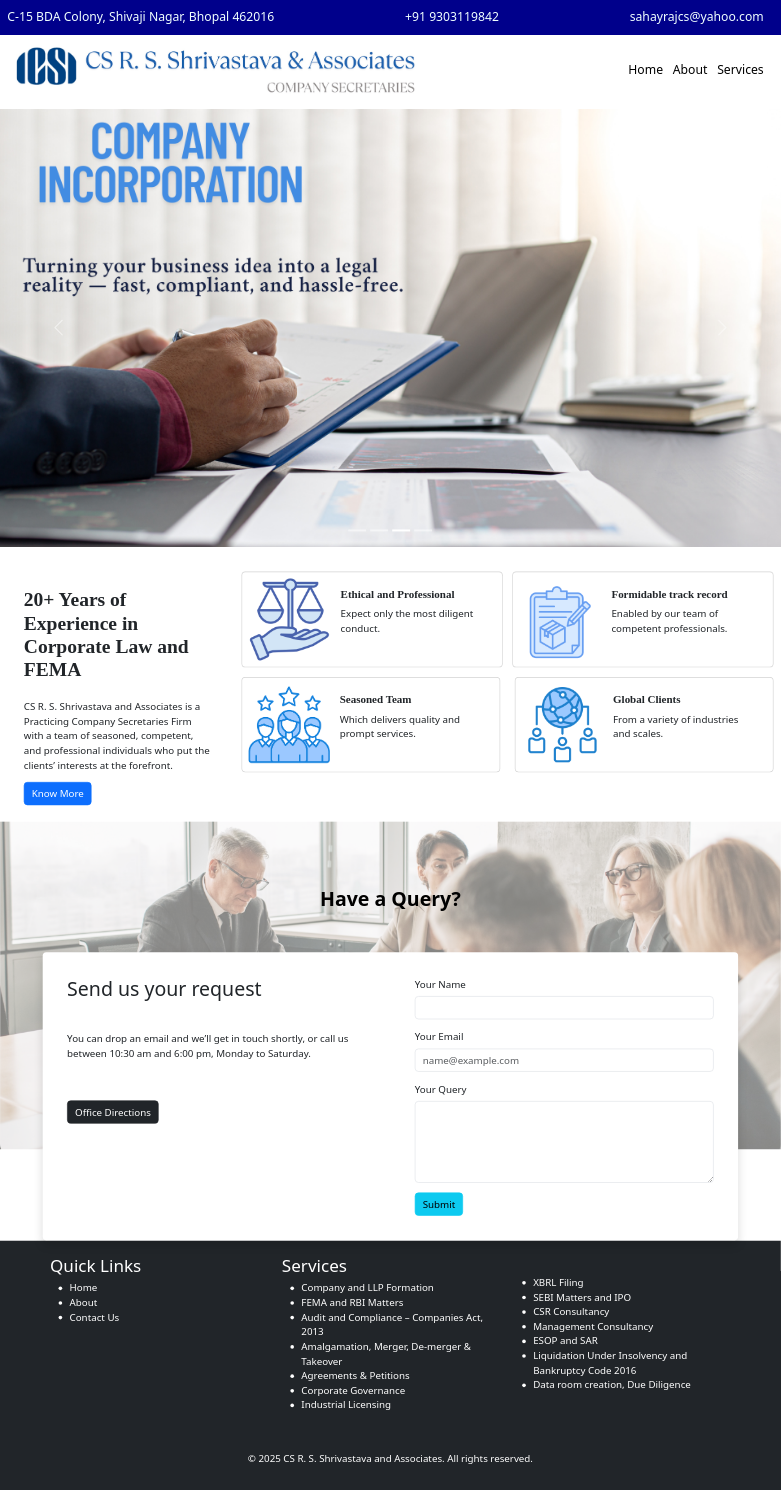
Repository: aayushiss/CS-RSS
Page: index.html
An editor plug-in stored every save of this project. The page is shown before and after the next save, followed by the edit.
The browser window is 1280 px wide. The pictures show the whole page, at 61% of full size.

Above is the page before, as saved 2025-05-19 18:55:06.

After the next save:
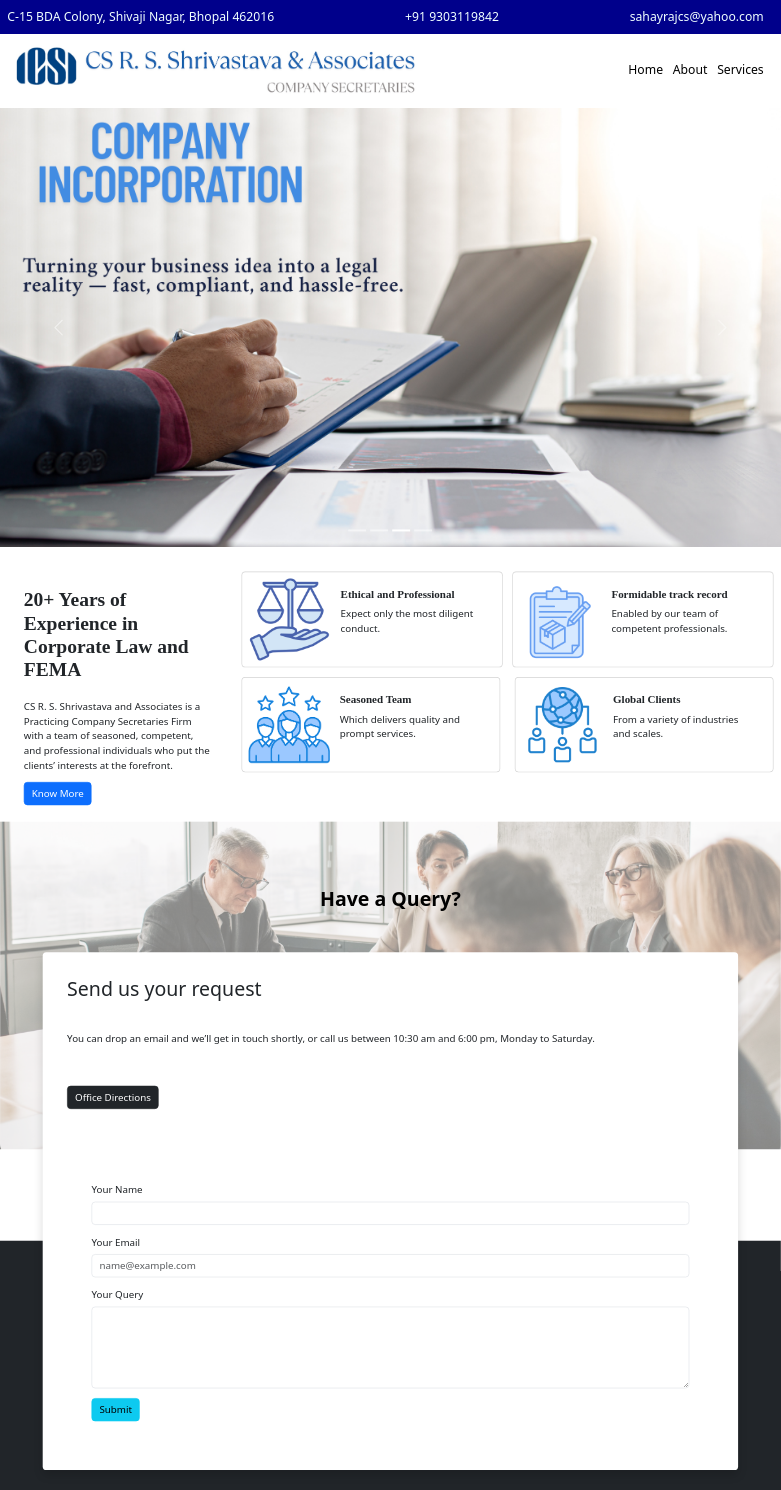
Saved 8 min 20 s later.
--- a/index.html
+++ b/index.html
@@ -27,16 +27,16 @@
       <a class="navbar-brand" href="index.html">
         <img src="images/icsi logo.jpg" alt="Logo" height="100rem" class="d-inline-block align-text-top">
       </a>
-    <!-- </div> -->
-    <div class="d-flex">
-      <a class="navbar-brand" href="index.html">Home</a>
-      <a class="navbar-brand" href="about.html">About</a>
-      <a class="navbar-brand" href="services.html">Services</a>
-    </div>
+      <!-- </div> -->
+      <div class="d-flex">
+        <a class="navbar-brand" href="index.html">Home</a>
+        <a class="navbar-brand" href="about.html">About</a>
+        <a class="navbar-brand" href="services.html">Services</a>
+      </div>
   </nav>
 
-  <div id="carouselExampleCaptions" class="carousel slide" data-bs-ride="carousel" data-bs-interval="2000" data-bs-pause="false"
-  >
+  <div id="carouselExampleCaptions" class="carousel slide" data-bs-ride="carousel" data-bs-interval="2000"
+    data-bs-pause="false">
     <div class="carousel-indicators">
       <button type="button" data-bs-target="#carouselExampleCaptions" data-bs-slide-to="0" class="active"
         aria-current="true" aria-label="Slide 1"></button>
@@ -179,22 +179,23 @@
               style="color: white; text-decoration: none; padding-top: 20px;" target="_blank">Office Directions</a>
           </div>
         </div>
-        <div class="col" style="padding: 40px;" id="form">
-          <div class="mb-3">
-            <label for="formControlInput1" class="form-label">Your Name</label>
-            <input class="form-control" id="ƒormControlInput1">
-          </div>
-          <div class="mb-3">
-            <label for="formControlTextarea1" class="form-label">Your Email</label>
-            <input type="email" class="form-control" id="formControlInput1" placeholder="name@example.com">
-          </div>
-          <div class="mb-3">
-            <label for="formControlTextarea2" class="form-label">Your Query</label>
-            <textarea class="form-control" id="exampleFormControlTextarea1" rows="5"></textarea>
-          </div>
-          <div class="btn btn-info">Submit</div>
-
-        </div>
+        <form id="form" style="padding: 40px;">
+          <div class="col" style="padding: 40px;">
+            <div class="mb-3">
+              <label for="name" class="form-label">Your Name</label>
+              <input class="form-control" id="name" required>
+            </div>
+            <div class="mb-3">
+              <label for="email" class="form-label">Your Email</label>
+              <input type="email" class="form-control" id="email" placeholder="name@example.com" required>
+            </div>
+            <div class="mb-3">
+              <label for="query" class="form-label">Your Query</label>
+              <textarea class="form-control" id="query" rows="5"></textarea>
+            </div>
+            <button type="submit" class="btn btn-info">Submit</button>
+          </div>
+          </form>
       </div>
     </div>
   </div>
@@ -230,7 +231,7 @@
             <li><a href="hncjsd">Management Consultancy</a></li>
             <li><a href="hncjsd">ESOP and SAR</a></li>
             <li><a href="hncjsd">Liquidation Under
-              Insolvency and Bankruptcy Code 2016</a></li>
+                Insolvency and Bankruptcy Code 2016</a></li>
             <li><a href="hncjsd">Data room creation, Due Diligence</a></li>
           </ul>
         </div>
